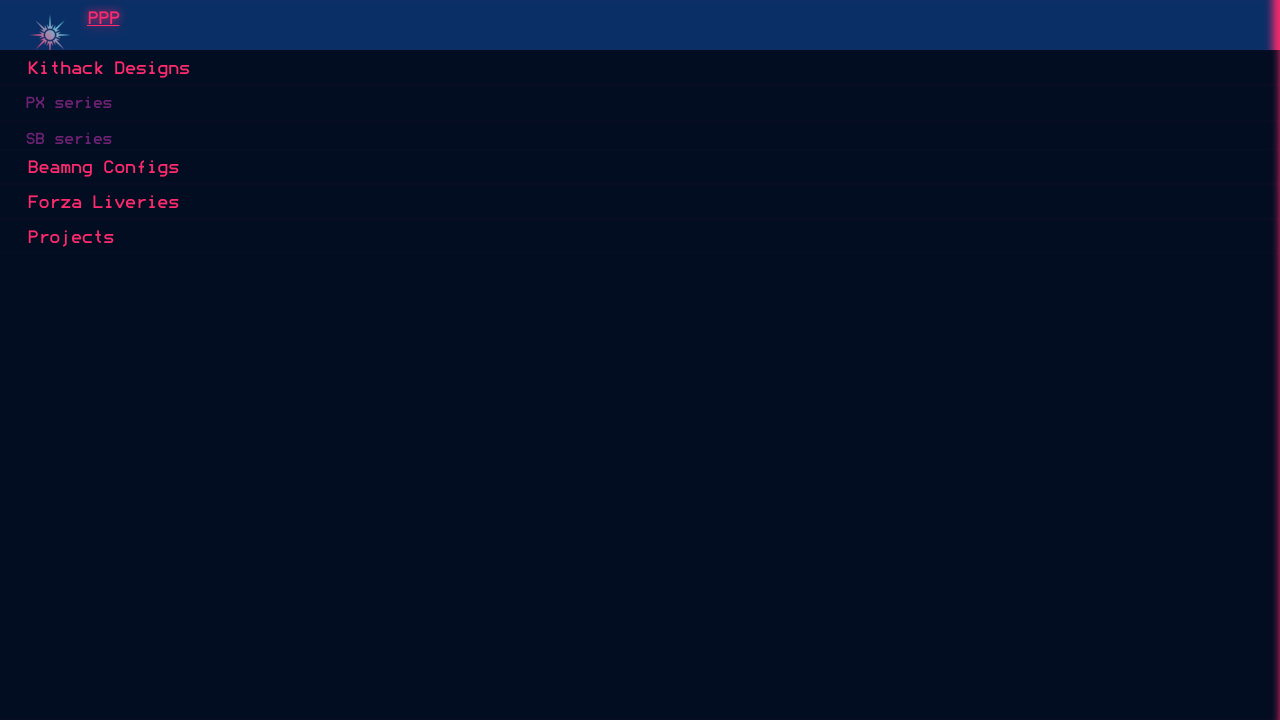
Repository: Pamishly/PamishlysPlayPlace
Page: navbar.html
The author's editor kept a copy of each file at every save. The page is drawn from the files as they stood at one save, then again after the next save.
The browser window is 1280 px wide. The pictures show the whole page.

Above is the page before, as saved 2024-09-11 21:16:08.

### navbar.html

<ul>
    <input type="radio" name="menu" id="ppp">
    <li class="sitename">
        <a href="./homepage.html"  target="_top"><label for="edit" class="title"><i class="fa fa-ppp"></i><img src="./logo.png">PPP</label></a>
    </li>
    <input type="radio" name="menu" id="kithack" checked>
    <li>
        <label for="kithack" class="title"><i class="fa fa-kithack"></i>Kithack Designs</label>
        <a  class="sidebutton" href="./KitHackHTML/PXseries.html" target="_top">PX series</a>
        <a  class="sidebutton" href="./KitHackHTML/SBseries.html" target="_top">SB series</a>
    </li>
    <input type="radio" name="menu" id="beamng">
    <li>
        <label for="beamng" class="title"><i class="fa fa-beamng" target="_top"></i>Beamng Configs</label>
        <a class="sidebutton" href="./BeamngHTML/dune-builds.html" target="_top">Dune Builds</a>
        <a class="sidebutton" href="./BeamngHTML/street-builds.html" target="_top">Street Builds</a>
        <a class="sidebutton" href="./BeamngHTML/derby-builds.html" target="_top">Derby Builds</a>
        <a class="sidebutton" href="./BeamngHTML/speed-builds.html" target="_top">Top Speed Builds</a>
    </li>
    <input type="radio" name="menu" id="preferences">
    <li>
        <label for="preferences" class="title"><i class="fa fa-gears"></i>Forza Liveries</label>
        <a class="sidebutton" href="./ForzaHTML/Horizon5.html" target="_top">Horizon 5</a>
    </li>
    <input type="radio" name="menu" id="projects">
    <li>
        <label for="projects" class="title"><i class="fa fa-projects"></i>Projects</label>
        <a class="sidebutton" href="./ProjectsHTML/PiProjects.html" target="_top">Pi Projects</a>
    </li>
</ul>

<link rel="stylesheet" href="main.css">

### main.css
* {
	margin: 0;
	padding: 0;
	box-sizing: border-box;
}
body {
	font-family: Headers;
    background-color: #030D22;
    box-shadow: inset -8px 0 8px -8px #ff2a6d;
}
@font-face {
	font-family: Headers;
	src: url("Modenine-2OPd.ttf");
	font-weight: bold;
}
.container {
	width: 100%;
	height: 100%;
}
nav {
	position: fixed;
	display: flex;
	align-items: flex-start;
	width: 12%;
	height: 100%;
	background-color: #111;
}
main {
	position: fixed;
	right: 0;
	width: 88.1%;
	height: 100%;
	background: url("Background.png");
	overflow: auto;
	padding: 40px;
    color: cyan;
}
h1 {
	font-weight: bold;
	margin-bottom: 50px;
	font-size: 55px;
	text-align: center;
    color: cyan;
}
p {
	margin-bottom: 20px;
	line-height: 26px;
    font-size: 24px;
    text-align: center;
    color: cyan;
}
li, ul label.title, ul, a {
	width: 100%;
	color: #ff2a6d;
	font-family: Headers;
	display: block;
	font-weight: bold;
}
ul label {
	height: 35px;
    box-shadow: inset -8px 0 8px -8px #ff2a6d;
}
ul li{
	height: 35px;
	overflow: hidden;
	transition: all .3s;
}
li {
	display: block;
	background:#030D22;
}
label.title {
    text-align: left;
	font-size: 18px;
	background:#030D22;
	padding: 10px 15px;
	cursor: pointer;
    transition: all .25s;
    overflow: hidden;
}
.sidebutton{
	font-size: 16px;
	text-decoration: none;
	color: #722276;
	display: block;
	padding: 10px 25px;
	transition: all .25s;
    box-shadow: inset -8px 0 8px -8px #ff2a6d;
	font-family: Headers;
}
.sidebutton:hover {
    box-shadow: inset -15px 0 8px -8px #ff2a6d;
	text-shadow: 0px 0px 10px #ff2a6d;
	background: #0A2F66;
	color: #FF23BC;
}
label:hover {
	text-shadow: 0px 0px 10px #ff2a6d;
	background: #0A2F66;
    box-shadow: inset -15px 0 8px -8px #ff2a6d;
}
input[type="radio"] {
	display: none;
}
.sitename{
	height:50px;
}
.sitename label {
	height: 50px;
	padding: 10px 25px;
}
.sitename img{
	float:left;
}
#ppp:checked + li {
	height: 0px;
}
#preferences:checked + li {
    height: 67px;
}
#beamng:checked + li {
    height: 163px;
}
#kithack:checked + li {
    height: 99px;
}
#projects:checked + li {
    height: 67px;
}
i {
	margin-right: 12px;
}
@media screen and (max-width: 600px){
	nav {
		width: 100%;
		position: relative;
	}
	main {
		width: 100%;
		position: relative;
	}
}
.card{
    position: relative;
    display: flex;
    flex-flow: column nowrap;
    width: 350px;
    height: 550px;
    border: solid cyan;
    text-align: center;
    margin: 15px;
	text-decoration: none;
	font-weight: unset;
	font-family: monospace;
	color: cyan;
}
.cardcontainer{
    display: flex;
    flex-flow: row wrap;
    align-content: space-around;
    justify-content: center;
    width:75%;
    margin-left: 12.5%;
}
.card img{
    width: auto;
    align-content: flex-start;
    justify-content: center;
}
.card p{
    padding: 15px;
    align-content: center;
    justify-content: center;
	margin-bottom: 20px;
	line-height: 26px;
    font-size: 24px;
    text-align: center;
    color: cyan;
}
.card:hover{
	background:#00aeff2c;
}
.card > h3{
	font-size: 24px;
	font-family: Headers;
}
iframe{
	width:100%;
	height:100%;
}
iframe[seamless]{
    background-color: transparent;
    border: 0px none transparent;
    padding: 0px;
    overflow: hidden;
}
.dwn-button{
	position: relative;
    display: flex;
    flex-flow: column nowrap;
    width: 150px;
    height: 70px;
    border: solid cyan;
    text-align: center;
    margin: 15px;
	font-weight: unset;
	font-family: monospace;
	color: cyan;
    left: 50%;
    transform: translate(-61%,100%);
}
.dwn-button:hover {
    background: darkcyan;
}
.dwn-button p{
	padding-top: 15px;
}
.information{
	display: flex;
	flex-flow: column nowrap;
}
.information p {
	margin-bottom: 20px;
	line-height: 26px;
    font-size: 24px;
	justify-content: center;
    color: cyan;
}
.information img {
	width: 600px;
	border: cyan 5px solid;
	align-self: center;
}
.information h1 {
	justify-content: center;
}
.main {
    -ms-overflow-style: none;  /* Internet Explorer 10+ */
    scrollbar-width: none;  /* Firefox */
}
.main::-webkit-scrollbar {
    display: none;  /* Safari and Chrome */
}

After the next save:
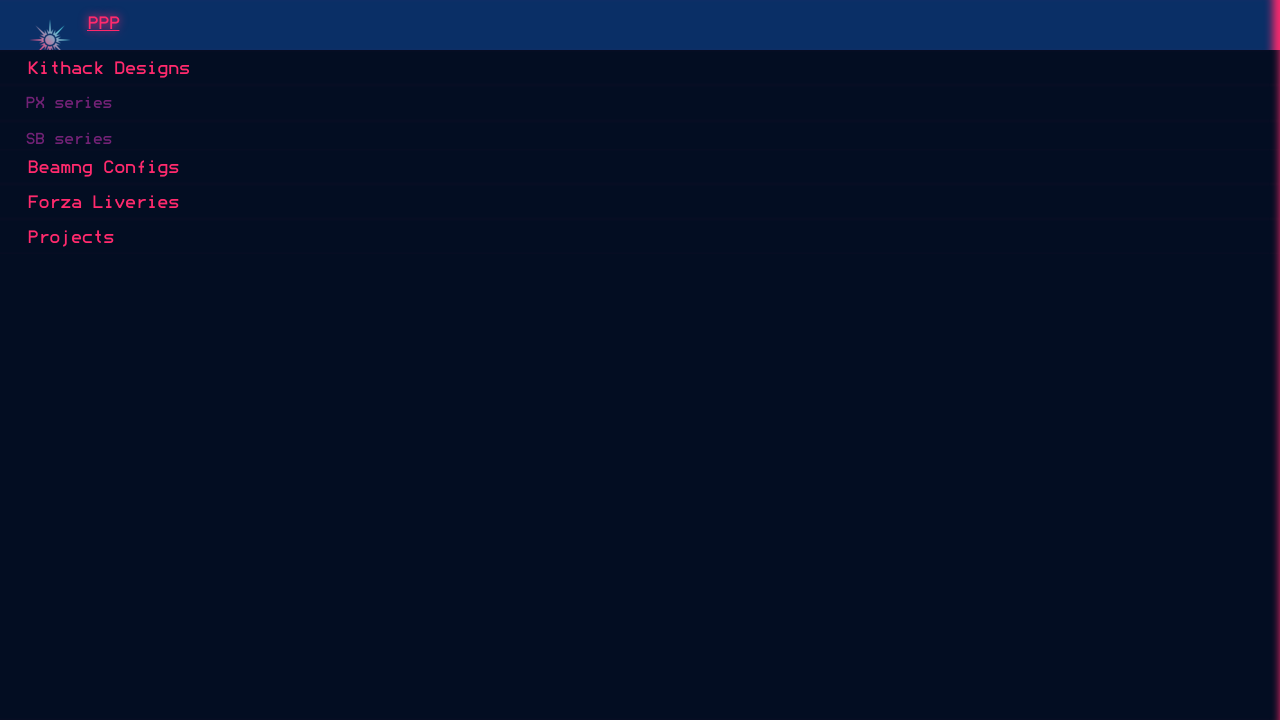
Saved 4 s later.
--- a/main.css
+++ b/main.css
@@ -107,7 +107,7 @@
 }
 .sitename label {
 	height: 50px;
-	padding: 10px 25px;
+	padding: 15px 25px;
 }
 .sitename img{
 	float:left;
